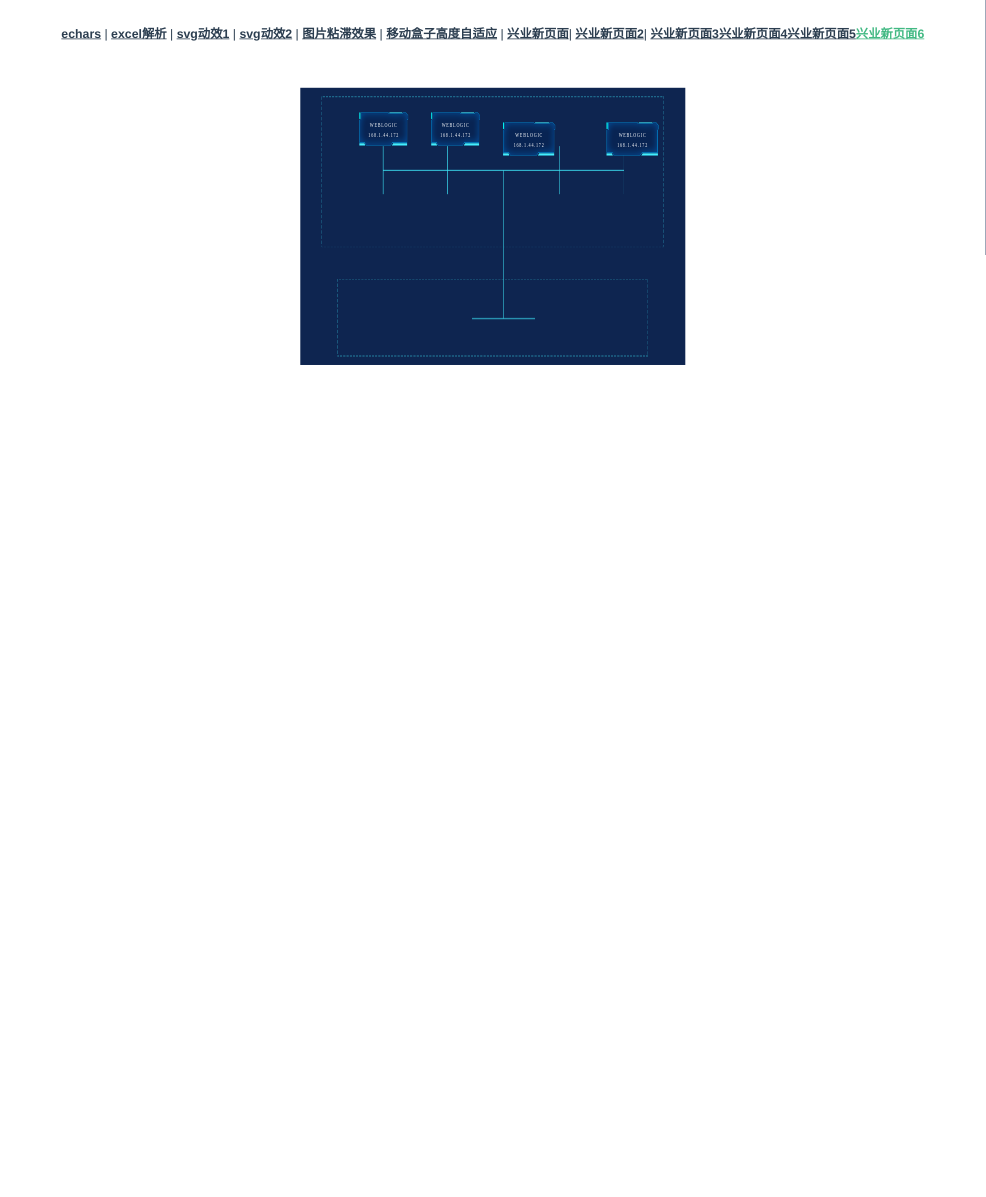
Repository: dmj199811/animation-dmj
Page: /#/work-page8
These files come from the project's save history. The page is drawn as it stood at one moment and after the next save; the edit follows.
The browser window is 1280 px wide. The pictures show the whole page, at 77% of full size.
The project was rebuilt for these pictures with package versions that can differ from the ones it lists, and the page was loaded fresh each time.

Above is the page before, as saved 2020-07-03 15:56:51.

After the next save:
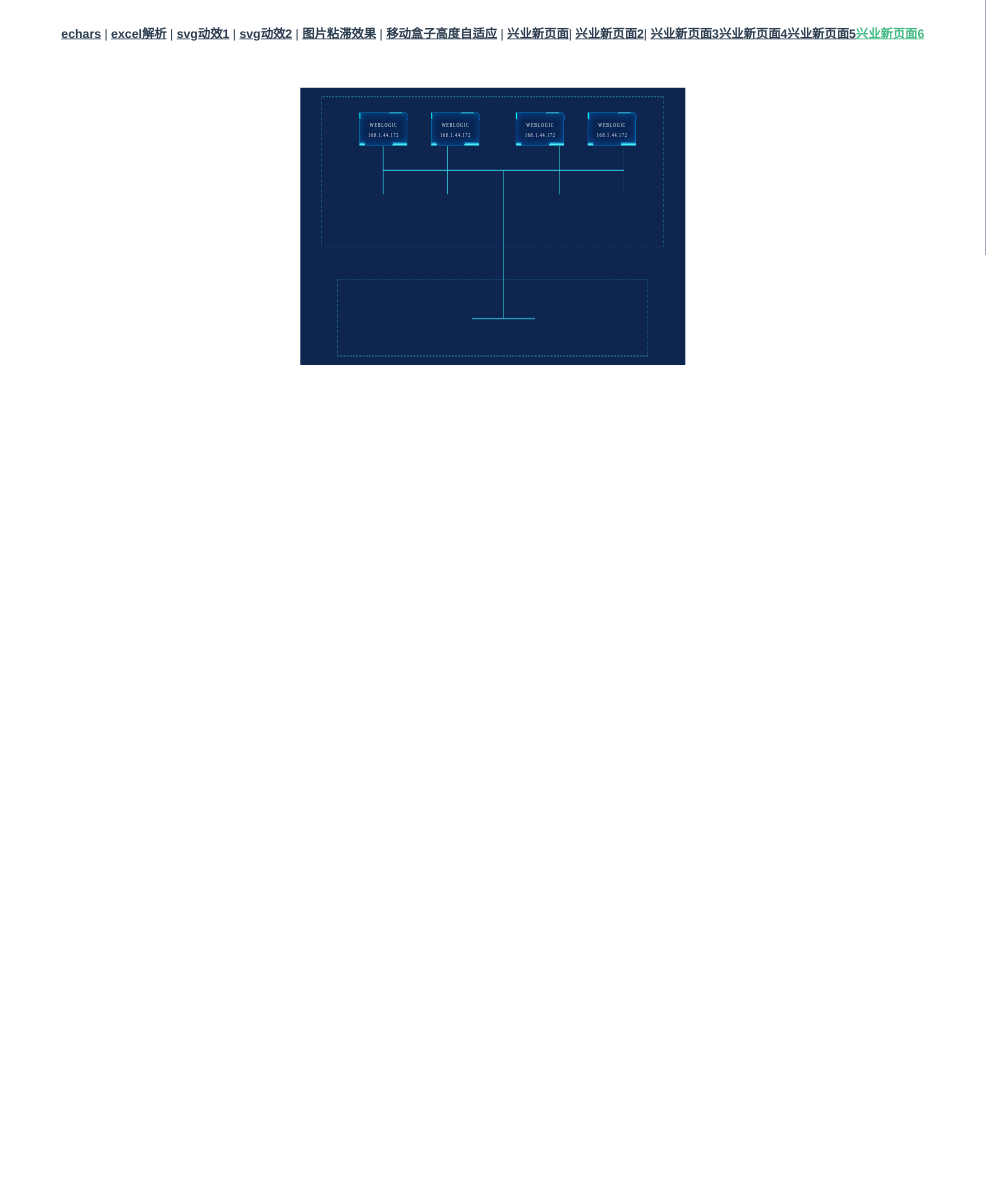
Saved 21 s later.
--- a/src/views/newPage6/index.vue
+++ b/src/views/newPage6/index.vue
@@ -15,7 +15,7 @@
             <div>168.1.44.172</div>
           </div>
         </div>
-
+        <div class="use-box-top-content">
           <div class="use-box-top-item">
             <div>WEBLOGIC</div>
             <div>168.1.44.172</div>
@@ -152,9 +152,5 @@ export default {
   margin-left: 90px;
 }
 
-.use-box-top-item:nth-child(3) {
-  margin-left:200px;
-}
-
 
 </style>
